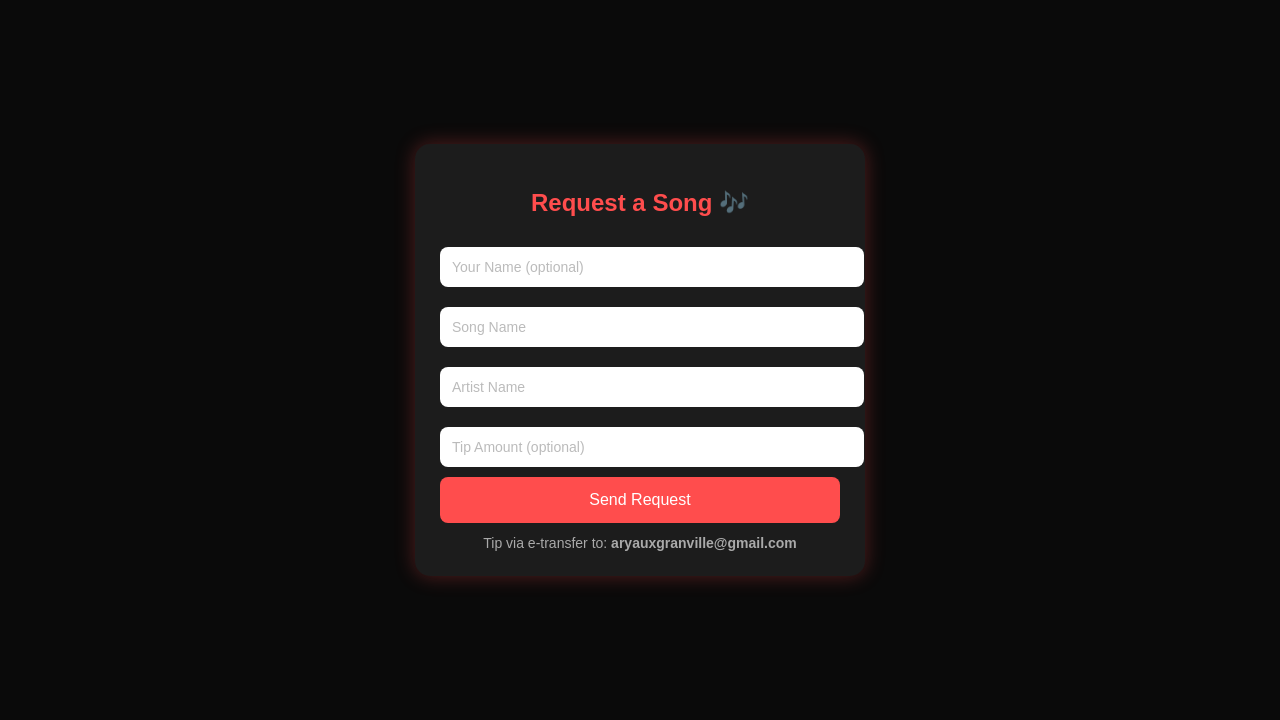
Repository: AryanHeravi/DJ-Request
Page: index.html
These files come from the project's save history. The page is drawn as it stood at one moment and after the next save; the edit follows.
The browser window is 1280 px wide. The pictures show the whole page.

Above is the page before, as saved 2026-01-05 06:18:44.

After the next save:
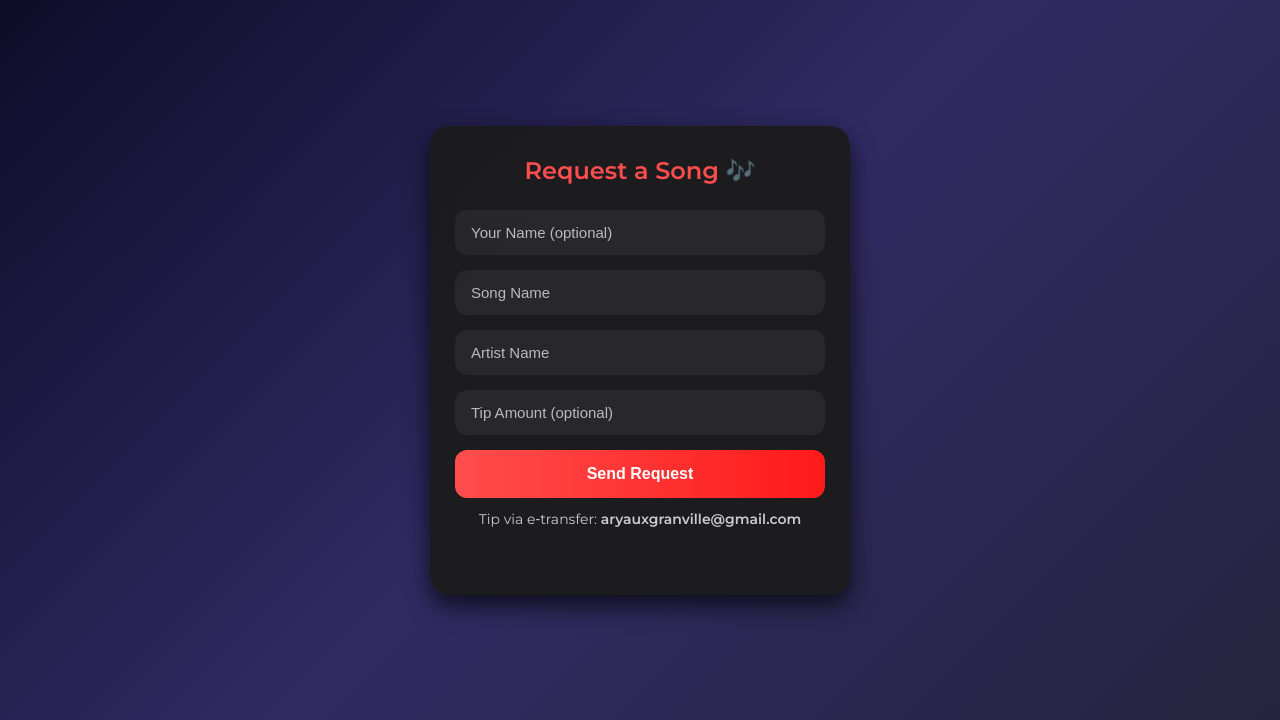
Saved 5 min 36 s later.
--- a/index.html
+++ b/index.html
@@ -4,85 +4,121 @@
 <meta charset="UTF-8">
 <meta name="viewport" content="width=device-width, initial-scale=1.0">
 <title>Bar Song Request</title>
+<link href="https://fonts.googleapis.com/css2?family=Montserrat:wght@400;600&display=swap" rel="stylesheet">
 <style>
+  * {
+    box-sizing: border-box;
+    margin: 0;
+    padding: 0;
+  }
+
   body {
-    font-family: Arial, sans-serif;
-    background: #0a0a0a;
-    color: #fff;
-    margin: 0;
+    font-family: 'Montserrat', sans-serif;
+    background: linear-gradient(135deg, #0f0c29, #302b63, #24243e);
     display: flex;
     justify-content: center;
     align-items: center;
-    height: 100vh;
+    min-height: 100vh;
+    color: #fff;
   }
 
   .container {
-    background: #1c1c1c;
-    padding: 25px;
-    border-radius: 15px;
-    max-width: 400px;
-    width: 90%;
-    box-shadow: 0 0 20px rgba(255, 77, 77, 0.3);
+    background: rgba(28,28,28,0.95);
+    backdrop-filter: blur(10px);
+    padding: 30px 25px;
+    border-radius: 20px;
+    width: 100%;
+    max-width: 420px;
+    box-shadow: 0 10px 25px rgba(0,0,0,0.7);
+    transition: transform 0.3s ease;
+  }
+
+  .container:hover {
+    transform: translateY(-3px);
   }
 
   h2 {
     text-align: center;
-    margin-bottom: 20px;
     color: #ff4d4d;
+    margin-bottom: 25px;
+    font-weight: 600;
+  }
+
+  form {
+    display: flex;
+    flex-direction: column;
+    gap: 15px;
   }
 
   input {
-    width: 100%;
-    padding: 12px;
-    margin: 10px 0;
+    padding: 14px 16px;
+    border-radius: 12px;
     border: none;
-    border-radius: 8px;
     outline: none;
-    font-size: 14px;
+    font-size: 15px;
+    background: rgba(255,255,255,0.05);
+    color: #fff;
+    transition: all 0.2s ease;
   }
 
   input::placeholder {
     color: #bbb;
   }
 
+  input:focus {
+    background: rgba(255,255,255,0.15);
+    box-shadow: 0 0 8px rgba(255,77,77,0.5);
+  }
+
   button {
-    width: 100%;
-    padding: 14px;
-    background: #ff4d4d;
+    padding: 15px;
+    border-radius: 12px;
     border: none;
-    border-radius: 8px;
+    background: linear-gradient(90deg, #ff4d4d, #ff1a1a);
     color: #fff;
     font-size: 16px;
+    font-weight: 600;
     cursor: pointer;
-    transition: 0.2s;
+    transition: all 0.3s ease;
   }
 
   button:hover {
-    background: #ff1a1a;
+    background: linear-gradient(90deg, #ff1a1a, #ff4d4d);
+    transform: scale(1.02);
   }
 
   .tip-info {
     text-align: center;
     margin-top: 12px;
     font-size: 14px;
-    color: #aaa;
+    color: #ccc;
   }
 
   .confirmation {
     text-align: center;
-    margin-top: 15px;
+    margin-top: 18px;
     font-size: 16px;
     color: #00ff99;
-    display: none;
+    opacity: 0;
+    transform: translateY(-5px);
+    transition: opacity 0.5s ease, transform 0.5s ease;
   }
 
-  @media (max-width: 450px) {
+  .confirmation.show {
+    opacity: 1;
+    transform: translateY(0);
+  }
+
+  @media (max-width: 480px) {
     .container {
-      padding: 20px;
+      padding: 25px 20px;
+    }
+
+    input {
+      font-size: 14px;
     }
 
     button {
-      padding: 12px;
       font-size: 15px;
     }
   }
@@ -99,15 +135,16 @@
     <input type="text" name="tip" placeholder="Tip Amount (optional)">
     <button type="submit">Send Request</button>
   </form>
+
   <div class="tip-info">
-    Tip via e‑transfer to: <strong>aryauxgranville@gmail.com</strong>
+    Tip via e‑transfer: <strong>aryauxgranville@gmail.com</strong>
   </div>
+
   <div class="confirmation" id="confirmation">
     🎵 Your song request has been sent! Thanks!
   </div>
 </div>
 
-<!-- EmailJS SDK -->
 <script src="https://cdn.jsdelivr.net/npm/@emailjs/browser@3/dist/email.min.js"></script>
 <script>
   const form = document.getElementById('songForm');
@@ -117,19 +154,16 @@
     e.preventDefault();
 
     emailjs.sendForm(
-      "service_3dp90wc",       // Your Service ID
-      "template_dyxg225",      // Your Template ID
-      this,                    // The form element
-      "iueAUOM_QorKi02S6"     // Your Public Key
+      "service_3dp90wc",
+      "template_dyxg225",
+      this,
+      "iueAUOM_QorKi02S6"
     )
     .then((response) => {
-      // Treat any status 200-299 as success
       if (response.status >= 200 && response.status < 300) {
-        confirmation.style.display = "block";
+        confirmation.classList.add('show');
         form.reset();
-        setTimeout(() => {
-          confirmation.style.display = "none";
-        }, 4000);
+        setTimeout(() => confirmation.classList.remove('show'), 4000);
       } else {
         throw new Error("Unexpected response status: " + response.status);
       }
@@ -138,9 +172,9 @@
       console.error("EmailJS error:", err);
       confirmation.style.color = "#ff5555";
       confirmation.textContent = "⚠️ Oops! Something went wrong. Try again.";
-      confirmation.style.display = "block";
+      confirmation.classList.add('show');
       setTimeout(() => {
-        confirmation.style.display = "none";
+        confirmation.classList.remove('show');
         confirmation.style.color = "#00ff99";
         confirmation.textContent = "🎵 Your song request has been sent! Thanks!";
       }, 4000);
